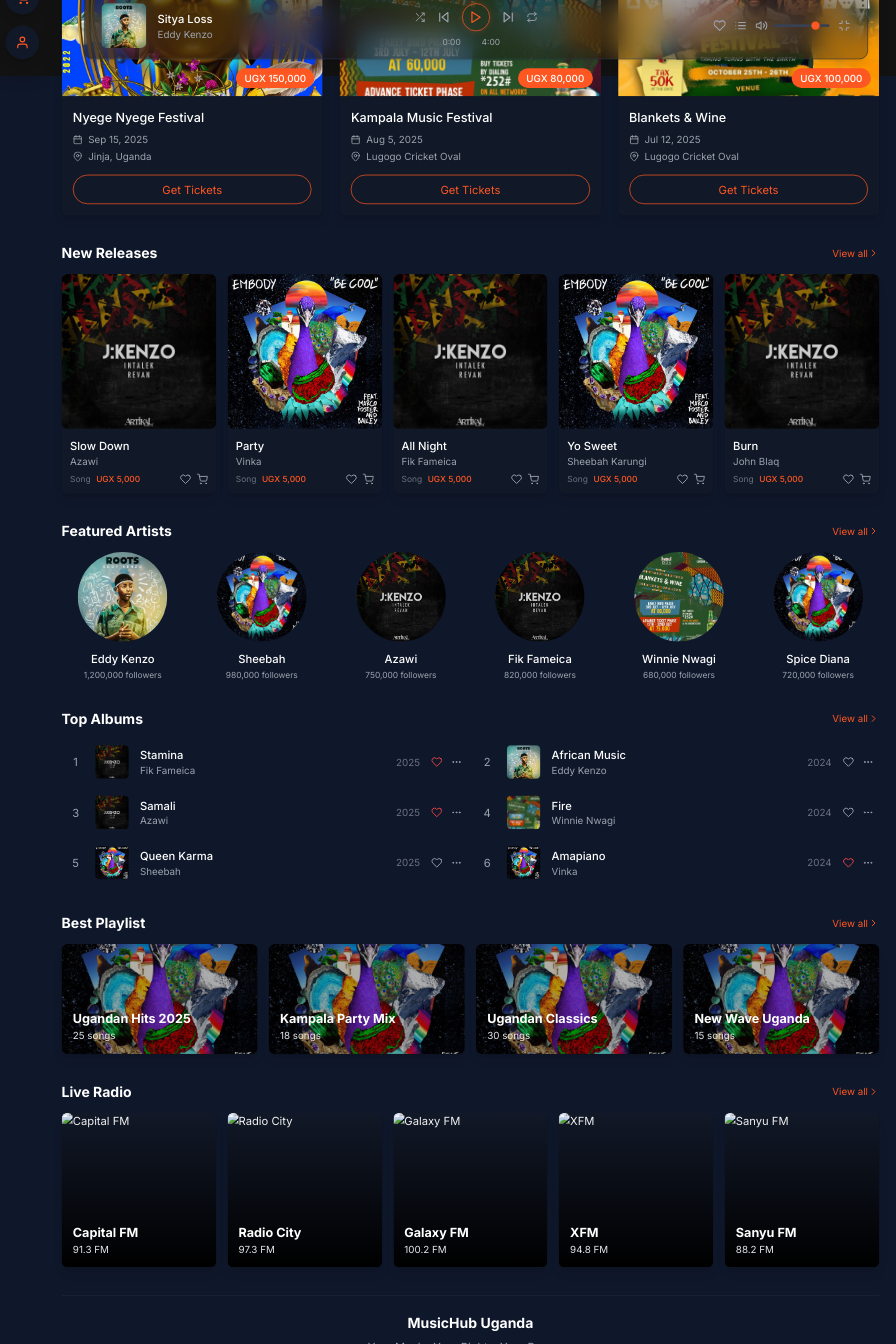
Repository: kaizoku010/sauti-box
Page: /
These files come from the project's save history. The page is drawn as it stood at one moment and after the next save; the edit follows.
The browser window is 1280 px wide. The pictures show the part of the page from y = 611 to 2531 px (the page is 2669 px tall before and 2659 px after), at 70% of full size.
The project was rebuilt for these pictures with package versions that can differ from the ones it lists, and the page was loaded fresh each time. The framework's server and built-in components were replaced by stand-ins that run in the browser. Also part of the build but not shown: next.config.mjs, next.config.ts, src/components/PaymentModal.tsx.

Above is the page before, as saved 2025-04-20 21:00:04.

After the next save:
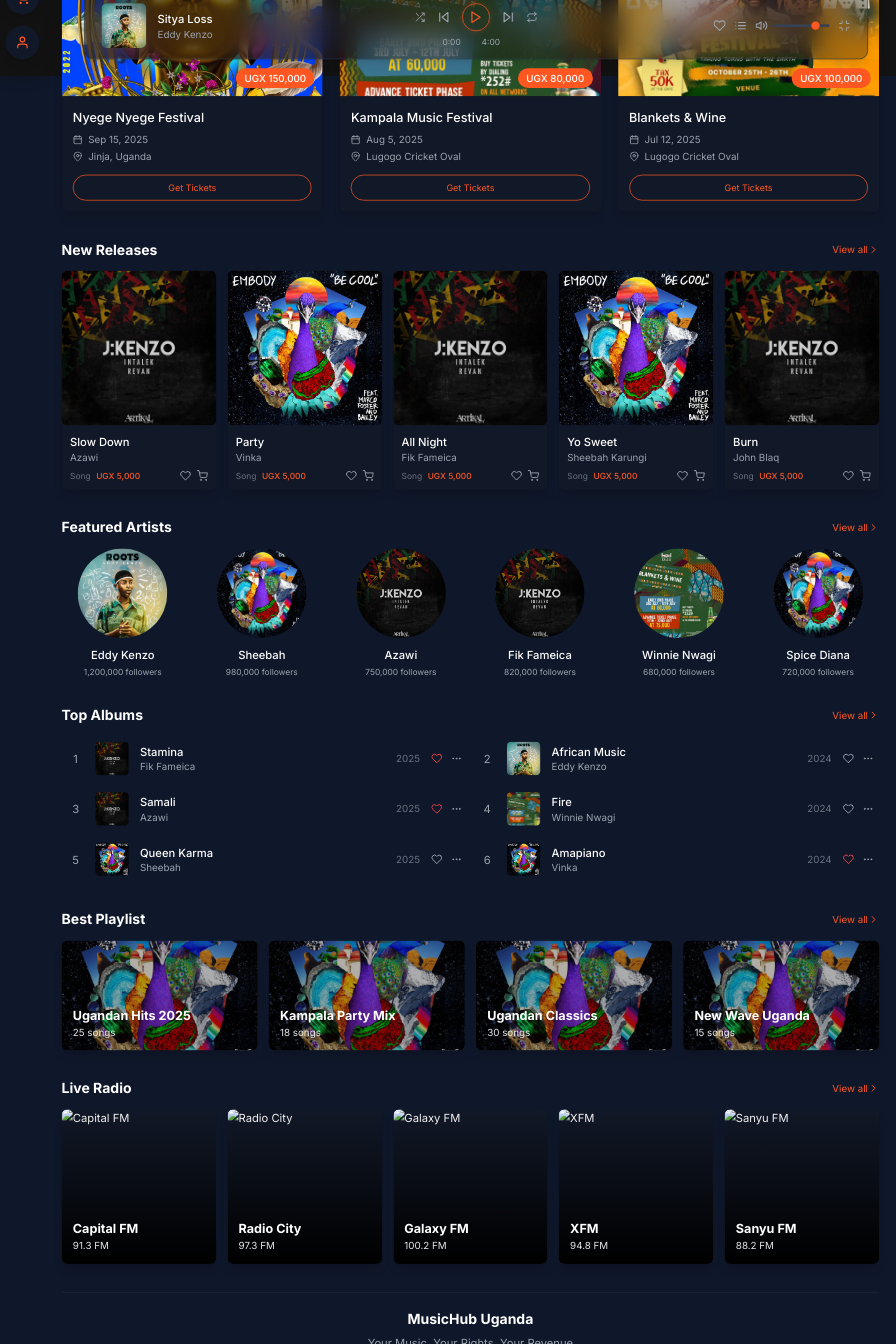
Saved 4 s later.
--- a/src/app/globals.css
+++ b/src/app/globals.css
@@ -33,7 +33,7 @@
 
   .btn-primary {
     border-radius: 30px !important;
-    font-size: 0.5 !important;
+    font-size: 0.8rem !important;
     @apply px-4 py-2 bg-transparent text-primary border border-primary rounded-md hover:bg-primary/10 transition-colors;
   }
 
